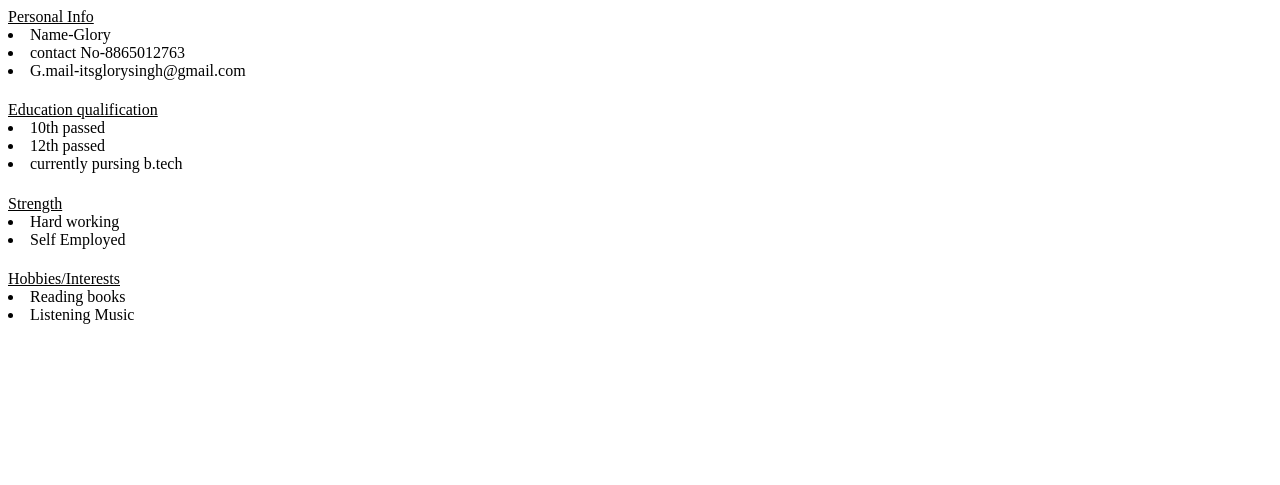
Repository: Glory998/ELCE1-32
Page: resume.html
An editor plug-in stored every save of this project. The page is shown before and after the next save, followed by the edit.
The browser window is 1280 px wide. The pictures show the whole page.

Above is the page before, as saved 2025-11-28 12:13:51.

### resume.html
<!DOCTYPE>
<html>
    <head>
        <title>Resume</title>
        </style>
</head>
<h1 style="color:blue"></h1><u></b>Personal Info</u></h1>
<li> Name-Glory</li>
<li> contact No-8865012763</li>
<li>G.mail-itsglorysingh@gmail.com</li>

<h1 style="color:orange"></h1><u>Education qualification</u></h1>
<li>10th passed</li>
<li>12th passed</li>
<li> currently pursing b.tech</li>

<h1 style="color:aqua"></h1><u>Strength</u></h1>
<li>Hard working</li>
<li> Self Employed</li>

        <h1 style="color:blueviolet"></h1><u>Hobbies/Interests</u></h1>
        <li>Reading books</li>
        <li>Listening Music</li>

    </head>
</html>

After the next save:
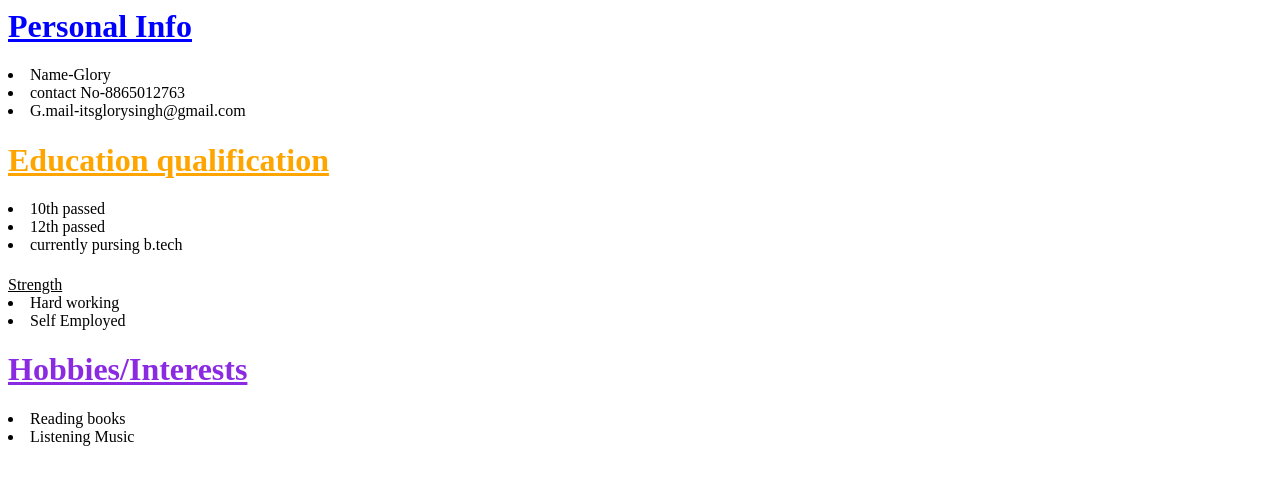
Saved 2 min 2 s later.
--- a/resume.html
+++ b/resume.html
@@ -4,12 +4,12 @@
         <title>Resume</title>
         </style>
 </head>
-<h1 style="color:blue"></h1><u></b>Personal Info</u></h1>
+<h1 style="color:blue"><u></b>Personal Info</u></h1>
 <li> Name-Glory</li>
 <li> contact No-8865012763</li>
 <li>G.mail-itsglorysingh@gmail.com</li>
 
-<h1 style="color:orange"></h1><u>Education qualification</u></h1>
+<h1 style="color:orange"><u>Education qualification</u></h1>
 <li>10th passed</li>
 <li>12th passed</li>
 <li> currently pursing b.tech</li>
@@ -18,9 +18,11 @@
 <li>Hard working</li>
 <li> Self Employed</li>
 
-        <h1 style="color:blueviolet"></h1><u>Hobbies/Interests</u></h1>
+        <h1 style="color:blueviolet"><u>Hobbies/Interests</u></h1>
         <li>Reading books</li>
         <li>Listening Music</li>
 
+        <h1 style="Personal Details><
+
     </head>
 </html>
